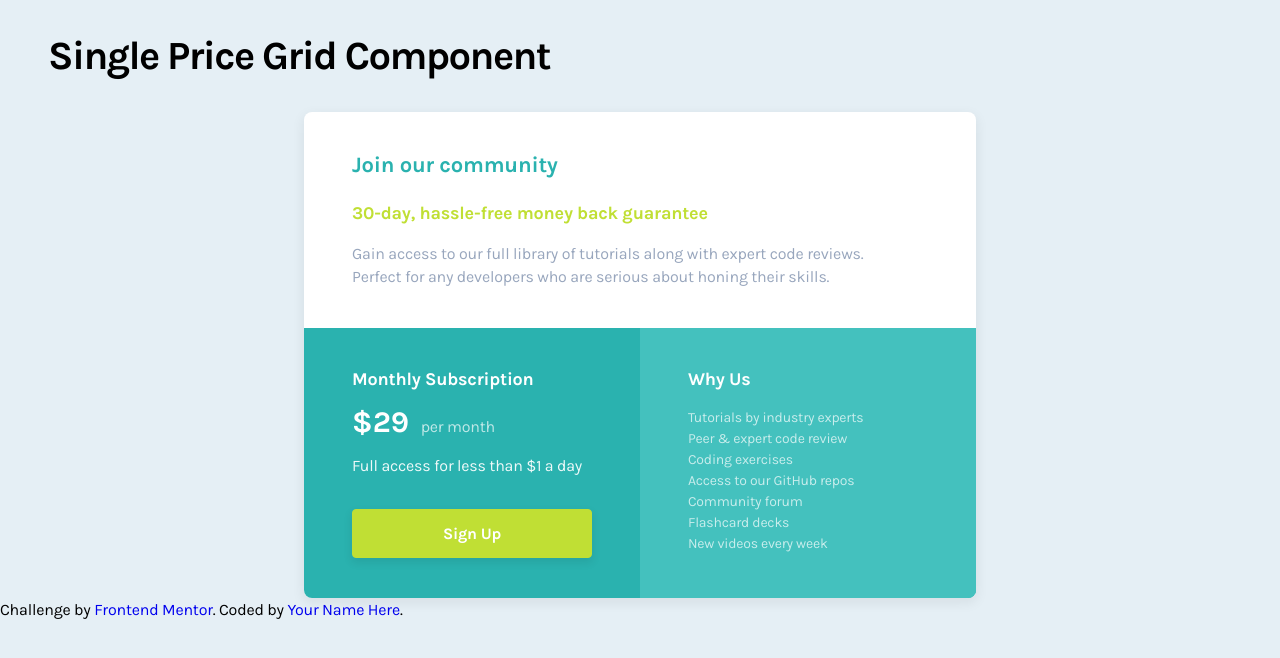
Repository: bangjuyoung/bangjuyoung
Page: practice/frontend-mentor/single-price-grid-component/index.html
These files come from the project's save history. The page is drawn as it stood at one moment and after a run of saves; the edit follows.
The browser window is 1280 px wide. The pictures show the whole page.

Above is the page before, as saved 2019-06-16 16:05:37.

### practice/frontend-mentor/single-price-grid-component/index.html
<!DOCTYPE html>
<html lang="en">

<head>
  <meta charset="UTF-8">
  <meta name="viewport" content="width=device-width, initial-scale=1.0">
  <title>Frontend Mentor | Single Price Grid Component</title>
  <link rel="icon" type="image/png" sizes="32x32" href="./images/favicon-32x32.png">
  <link rel="stylesheet" href="../../../assets/css/base.css">
  <link href="https://fonts.googleapis.com/css?family=Karla:400,700&display=swap" rel="stylesheet">
  <link rel="stylesheet" href="./default.css">
</head>

<body class="bg-gray--pale">
  <main role="main" class="">


    <article class="single-price">
      <div class="single-price__header">
        <h1 class="text-display2">Single Price Grid Component</h1>
      </div>
      <div class="bg-white single-price__wrapper">
        <div class="text-primary--gray single-price__primary">
          <section class="single-price__body">
            <h2 class="text-primary text-title">Join our community</h2>
            <h3 class="text-secondary text-subtitle">30-day, hassle-free money back guarantee</h3>
            <p>Gain access to our full library of tutorials along with expert code reviews.</p>
            <p>Perfect for any developers who are serious about honing their skills.</p>
          </section>
        </div>

        <div class="theme-primary single-price__secondary">
          <section class="single-price__body single-price__cta">
            <h3 class="text-white text-subtitle">Monthly Subscription</h3>
            <div class="single-price__divider">
              <p class="text-light single-price__text">
                <strong class="text-white text-display1">&dollar;29</strong> per month
              </p>
              <p class="single-price__text">Full access for less than &dollar;1 a day</p>
            </div>
            <a href="/" class="btn btn-secondary btn-block btn--float">Sign Up</a>
          </section>

          <section class="theme-primary--light text-body2 single-price__body single-price__feature">
            <h4 class="text-white text-subtitle">Why Us</h4>
            <p>
              Tutorials by industry experts<span class="newline"></span>
              Peer &amp; expert code review<span class="newline"></span>
              Coding exercises<span class="newline"></span>
              Access to our GitHub repos<span class="newline"></span>
              Community forum<span class="newline"></span>
              Flashcard decks<span class="newline"></span>
              New videos every week
            </p>
          </section>
        </div>
      </div>
    </article>
  </main>


  <footer role="contentinfo">
    <p class="attribution">
      Challenge by <a href="https://www.frontendmentor.io?ref=challenge" target="_blank" rel="noopener">Frontend
        Mentor</a>.
      Coded by <a href="#">Your Name Here</a>.
    </p>
  </footer>
</body>

</html>

### assets/css/base.css
@charset "UTF-8";

/*
// Base
//
// Normalization of HTML elements, manually forked from Normalize.css to remove
// styles targeting irrelevant browsers while applying new styles.
//
// Normalize is licensed MIT. https://github.com/necolas/normalize.css
*/

/*
 * Document
 */

*,
*::before,
*::after {
  /* padding 과 border 가 요소 너비에 포함되도록 설정 */
  box-sizing: border-box;
}

html {
  /* 모든 브라우저에 기본 폰트 및 line-height 설정 */
  font-family: sans-serif;
  line-height: 1.15;
  /* window 폰의 IE 나 iOS 에서 방향 변경시 폰트 사이즈 수정되는 현상 막음 */
  -webkit-text-size-adjust: 100%;
  /* @viewport 설정시 IE11 과 Edge 에서 스크롤바가 컨텐트에 겹치므로 겹치지 않고 자동 숨김 되지 않도록 강제 */
  -ms-overflow-style: scrollbar;
  /* iOS 에서 완전히 투명으로 보이기 위해 기본 탭 하이라이트 변경 */
  -webkit-tap-highlight-color: rgba(0, 0, 0, 0);
}

/* IE10 이하 및 오래된 브라우저에서 새 HTML5 요소들 맞게 표시 */
article,
aside,
figcaption,
figure,
footer,
header,
hgroup,
main,
nav,
section {
  display: block;
}

/* 여백 초기화 */
body,
h1,
h2,
h3,
h4,
h5,
h6,
p,
ol,
ul,
dl,
blockquote,
pre,
figure,
input,
button,
select,
optgroup,
textarea,
fieldset {
  margin: 0;
}

/*
 * Body
 */

/*
  -apple-system, // Safari for OS X and iOS (San Francisco)
  BlinkMacSystemFont, // Chrome < 56 for OS X (San Francisco)
  "Segoe UI", // Windows
  "Roboto", // Android
  "Helvetica Neue", Arial, sans-serif, // Basic web fallback
  "Apple Color Emoji", "Segoe UI Emoji", "Segoe UI Symbol" !default; // Emoji fonts
 */

body {
  font-family: -apple-system, BlinkMacSystemFont, 'Segoe UI', Roboto,
    'Helvetica Neue', Arial, Noto Sans, sans-serif, 'Apple Color Emoji',
    'Segoe UI Emoji', 'Segoe UI Symbol', 'Noto Color Emoji';
  font-size: 1rem;
  font-weight: 400;
  line-height: 1.5;
  /* 명시적으로 기본값을 지정해 하위 요소들이 상속 받을 수 있게 함 */
  text-align: left;
  /* 기본 배경색 지정 */
  background-color: #fff;
}

body,
input,
textarea,
select,
button {
  font-synthesis: none;
  -moz-font-feature-settings: 'kern';
  -webkit-font-smoothing: antialiased;
  -moz-osx-font-smoothing: grayscale;
}

/*
 * Future-proof rule: in browsers that support :focus-visible,
 * focus outline 을 표시하지 않는 요소에 프로그램적으로 포커스가 갔을때 focus outline 숨김
 *
 * See https://developer.mozilla.org/en-US/docs/Web/CSS/:focus-visible
 * and https://developer.paciellogroup.com/blog/2018/03/focus-visible-and-backwards-compatibility/
 */
[tabindex='-1']:focus:not(:focus-visible) {
  outline: 0 !important;
}

/*
 * Content grouping
 *
 */

hr {
  box-sizing: content-box;
  height: 0;
  /* Edge와 ie에서 overflow 표시 */
  overflow: visible;
}

/*
 * Typography
 */

h1,
h2,
h3,
h4,
h5,
h6 {
  font-size: inherit;
  font-weight: inherit;
}

/*
 * Abbreviations
 */

abbr[title] {
  /* Chrome, Edge, IE, Opera, 그리고 Safari 에서 테스트 표시줄 스타일 정정 */
  text-decoration: underline;
  text-decoration: underline dotted;
  /* 바뀐 행위를 나타내기 위해 명시적으로 커서를 추가 */
  cursor: help;
  /* Firefox 39이하에서 나타나는 테스트 하단 테투리 제거 */
  border-bottom: 0;
  /* 텍스트 표시줄이 건너뛰지 않도록 설정 */
  text-decoration-skip-ink: none;
}

address {
  font-style: normal;
  line-height: inherit;
}

b,
strong {
  /* Chrome, Edge, 그리고 Safari 에서 올바른 글자 굵기 정정 */
  font-weight: bolder;
}

small {
  /* 모든 브라우저에서 글자 크기 정정 */
  font-size: 85%;
}

/*
 * 모든 브라우저에서 sub 과 sup 요소들이 즐 간격 영향 받지 않도록 설정
 */

sub,
sup {
  position: relative;
  font-size: 75%;
  line-height: 0;
  vertical-align: baseline;
}

sub {
  bottom: -0.25em;
}

sup {
  top: -0.5em;
}

/*
 * Links
 */

a {
  text-decoration: none;
  /* IE 10 에서 현재 열려 있는 링크에 나타나는 회색배경색을 제거 */
  background-color: transparent;
}

a:hover {
  text-decoration: underline;
}

/*
 * tablindex 없이는 명시적으로 키보드 포커스가 가능하지 않도록 href 속성이 없는 플레이스 홀더 링크/네임 앵커에 대한 스타일 재지정
 * 단순히 a[href] 로 스타일 지정이 간단할 수 있지만, 많은 다른 스타일내에서 고치기엔 복잡한 특정 이슈 유발 가능성 존재
 * See https://github.com/twbs/bootstrap/issues/19402
 */

a:not([href]):not([tabindex]) {
  color: inherit;
  text-decoration: none;
}

a:not([href]):not([tabindex]):hover,
a:not([href]):not([tabindex]):focus {
  color: inherit;
  text-decoration: none;
}

a:not([href]):not([tabindex]):focus {
  outline: 0;
}

/*
 * Code
 */

pre,
code,
kbd,
samp {
  font-family: SFMono-Regular, Menlo, Monaco, Consolas, 'Liberation Mono',
    'Courier New', monospace;
  /* 모든 브라우저에서 이상한 em 글자 크기 정정 */
  font-size: 1em;
}

pre {
  /* 바깥 영역을 깨지 않도록 내용 영역 오버플로우 설정 */
  overflow: auto;
  /* IE11 와 Edge 에서 @viewport 설정시 스크롤바가 내용을 덮는 현상에서 내용 덮지 않고 자동으로 숨겨지지 않도록 재지정  */
  -ms-overflow-style: scrollbar;
}

/*
 * Images and content
 */

img {
  vertical-align: middle;
  /* IE10 이하에서 링크 내 이미지 요소들에 테두리 제거 */
  border-style: none;
}

svg {
  /*
     * IE10/11 에서 오버플로우 되는 버그로 인해 필요
     * See https://github.com/twbs/bootstrap/issues/26878
     */
  overflow: hidden;
  vertical-align: middle;
}

/*
 * Tables
 */

table {
  /* Prevent double borders 테두리들이 맞 닿았을 때 합쳐지도록 설정 */
  border-collapse: collapse;
}

/* body 요소나 가장 가까운 부모로 부터 지정된 텍스트 정렬 요소를 상속해 td 요소 정렬과 일치 */
caption,
th {
  text-align: inherit;
}

/*
 * Forms
 */

/*
 * macOS Chrome 에서 추가되는 기본 border-radius  제거
 * Details at https://github.com/twbs/bootstrap/issues/24093
 */
button {
  border-radius: 0;
}

/* Firefox/IE 에서 button 배경색이 투명일 때 기본 button 포커스 스타일이 손실되는 버그 피함
 * Credit: https://github.com/suitcss/base/
 */
button:focus {
  outline: 1px dotted;
  outline: 5px auto -webkit-focus-ring-color;
}

input,
button,
select,
optgroup,
textarea {
  font-family: inherit;
  font-size: inherit;
  line-height: inherit;
}

button,
input {
  /* Edge 에서 overflow 보임  */
  overflow: visible;
}

button,
select {
  /* Firefox 에서 텍스트 변형 상속되는 것을 제거 */
  text-transform: none;
}

/* 1. Android 4 에서 기본 audio 와 video 컨트롤이 제거되는 WebKit 버그 제거 */
button,
[type="button"],
/* 1 */
[type="reset"],
[type="submit"] {
  /* iOS 와 Safari 에서 클릭 가능한 타입으로 스타일 정정  */
  -webkit-appearance: button;
}

/* Firefox 에서 안쪽 테두리와 여백 제거하고 Normalize 처럼 outline 을 복원하지 않음 */
button::-moz-focus-inner,
[type='button']::-moz-focus-inner,
[type='reset']::-moz-focus-inner,
[type='submit']::-moz-focus-inner {
  padding: 0;
  border-style: none;
}

/* IE 10 이하에서 box sizing 정정 추가 및 padding 제거 */
input[type='radio'],
input[type='checkbox'] {
  box-sizing: border-box;
  padding: 0;
}

input[type='date'],
input[type='time'],
input[type='datetime-local'],
input[type='month'] {
  /* Mobile Safari 에서 line-height 설정시 텍스트가 input 내 수직 중양 정렬되지 않는 버그를 피하기 위해 시간 input 기본 모양 제거
    // See https://bugs.webkit.org/show_bug.cgi?id=139848
    // and https://github.com/twbs/bootstrap/issues/11266
    */
  -webkit-appearance: listbox;
}

textarea {
  /* IE 에서 기본 수직 스크롤바 제거 */
  overflow: auto;
  /* textarea 는 수직으로만 리사이즈 되도록 설정 */
  resize: vertical;
}

fieldset {
  /*
     * fieldsets 은 min-width이 min-content 로 일반 블록 요소처럼 min-width 재지정
     * See https://github.com/twbs/bootstrap/issues/12359
     * and https://html.spec.whatwg.org/multipage/#the-fieldset-and-legend-elements
     * 페이지 레이아웃에 영향을 주지 않도록 기본 스타일 리셋
     */
  min-width: 0;
  padding: 0;
  border: 0;
}

/* 1. Edge 와 IE 에서 텍스트 래핑 정정 */
legend {
  display: block;
  width: 100%;
  /* 1 */
  max-width: 100%;
  margin-bottom: 0.5rem;
  padding: 0;
  font-size: 1.5rem;
  /* IE 에서 fieldset 요소로 부터 색상 상속하도록 정정 */
  color: inherit;
  line-height: inherit;
  /* 1 */
  white-space: normal;
}

progress {
  /* Chrome, Firefox, Opera 에서 vertical alignment 스타일 추가 */
  vertical-align: baseline;
}

[type='number']::-webkit-inner-spin-button,
[type='number']::-webkit-outer-spin-button {
  /* Chrome 에서 증감 버튼 커서 스타일 정정 */
  height: auto;
}

[type='search'] {
  /*
     * iOS 에서 검색 input 의 추가적인 둥근 코너를 오버라이드하여
     * 기본 form-control 클래스 스타일이 적절히 스타일 적용될 수 있도록 함
     * https://github.com/twbs/bootstrap/issues/11586.
     * Safari 에서 outline 스타일 정정
     */
  outline-offset: -2px;
  -webkit-appearance: none;
}

/*
 * macOS 에서 Chrome 과 Safari 에서 안쪽 여백 제거
 */

[type='search']::-webkit-search-decoration {
  -webkit-appearance: none;
}

::-webkit-file-upload-button {
  font: inherit;
  /* iOS 와 Safari 에서 클릭가능한 타입으로 정정 */
  -webkit-appearance: button;
}

/*
* 요소 디스플레이 정정
*/

output {
  display: inline-block;
}

summary {
  /* 모든 브라우저에서 적절한 디스플레이 속성 추가 */
  display: list-item;
  cursor: pointer;
}

template {
  /* IE에서 필요 */
  display: none;
}

[hidden] {
  /* hidden 속성을 가진 HTML 요소는 항상 숨김 (from PureCSS), IE 10 이하에서 필요 */
  display: none !important;
}

### practice/frontend-mentor/single-price-grid-component/default.css
@charset "UTF-8";

html {
    font-size: 15px;
}

body {
    font-family: 'Karla', sans-serif;
    letter-spacing: -0.013em;
    line-height: 1.44;
}

@media (min-width: 48rem) {
    html {
        font-size: 16px;
    }
}

.btn {
    display: inline-block;
    padding: 0.75rem 1.25rem;
    font-weight: 700;
    text-align: center;
    border: 1px solid transparent;
    border-radius: 0.25rem;
}

.btn:hover {
    text-decoration: none;
    transition: color 0.3s ease-out, background-color 0.3s ease-out, box-shadow 0.3s ease-out;
}

.btn-block {
    width: 100%;
}

.btn--float {
    box-shadow: 0 4px 8px 1px rgba(0, 0, 0, 0.08);
}

.btn--float:hover {
    box-shadow: 0 0 0 0 rgba(0, 0, 0, 0.08);
}

.newline {
    display: block;
}

.text-center {
    text-align: center;
}


/*
 * typo
 */

.text-display1 {
    font-size: 1.875rem;
    font-weight: 700;
    letter-spacing: 0;
    line-height: 1;
}

.text-display2 {
    font-size: 2.5rem;
    font-weight: 700;
    letter-spacing: -0.04em;
    line-height: 1.2;
}

.text-title {
    margin-bottom: 1.5rem;
    font-size: 1.375rem;
    font-weight: 700;
    line-height: 1.2;
}

.text-subtitle {
    margin-bottom: 1rem;
    font-size: 1.125rem;
    font-weight: 700;
    line-height: 1.3;
}

.text-body2 {
    font-size: 0.875rem;
    line-height: 1.5;
}


/*
 * single-price
 */
.single-price__wrapper {
    overflow: hidden;
    max-width: 24rem;
    margin-left: auto;
    margin-right: auto;
    border-radius: 0.5rem;
    box-shadow: 0 4px 12px 2px rgba(0, 0, 0, 0.06);
}

.single-price__divider {
    margin-bottom: 2rem;
}

.single-price__text+.single-price__text {
    margin-top: 1rem;
}

.single-price__header {
    padding: 2rem 3rem;
}

.single-price__body {
    padding: 2.5rem 3rem;
}

@media (min-width: 44rem) {
    .single-price__wrapper {
        max-width: 42rem;
    }

    .single-price__secondary {
        position: relative;
    }

    .single-price__secondary::before {
        content: '';
        z-index: 0;
        position: absolute;
        top: 0;
        right: 0;
        bottom: 0;
        left: 50%;
        background-color: hsl(179, 50%, 51%);
    }

    .single-price__secondary::after {
        content: '';
        display: block;
        clear: both;
    }

    .single-price__secondary .single-price__body {
        z-index: 1;
        position: relative;
        float: left;
        width: 50%;
    }
}


/*
 * specific
 */

.single-price__cta .text-display1 {
    margin-right: 0.5rem;
}

.single-price__feature .newline {
    display: none;
}

@media (min-width: 44rem) {
    .single-price__feature .newline {
        display: block;
    }
}


/*
 * theme
 */

.btn-secondary {
    color: #fff;
    background-color: hsl(71, 73%, 54%);
    border-color: hsl(71, 73%, 54%);
}

.theme-primary {
    color: rgba(255, 255, 255, 0.92);
    background-color: hsl(179, 62%, 43%);
}

.theme-primary--light {
    color: rgba(255, 255, 255, 0.7);
    background-color: hsl(179, 50%, 51%);
}

.bg-gray--pale {
    background-color: hsl(204, 43%, 93%);
}

.bg-white {
    background-color: #fff;
}

.text-primary {
    color: hsl(179, 62%, 43%);
}

.text-primary--gray {
    color: hsl(218, 22%, 67%);
}

.text-secondary {
    color: hsl(71, 73%, 54%);
}

.text-gray--pale {
    color: hsl(204, 43%, 93%);
}

.text-white {
    color: #fff;
}

.text-light {
    color: rgba(255, 255, 255, 0.7);
}

After the next 3 saves:
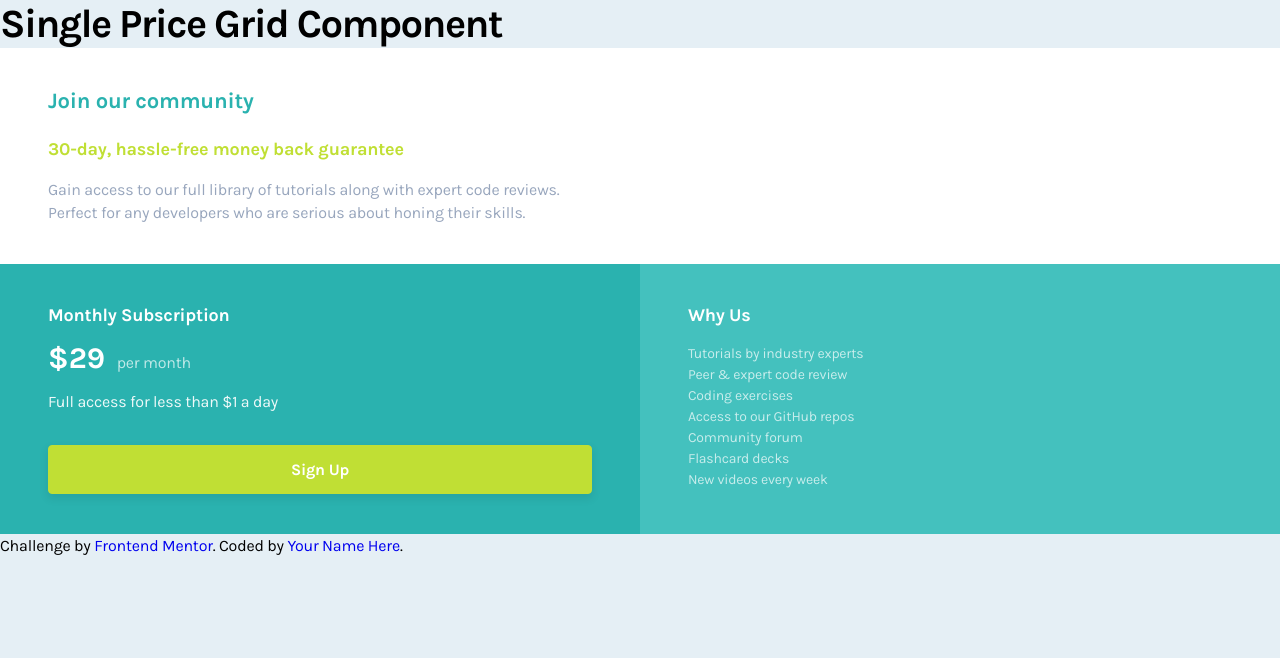
The 3 saves are shown as one change because they came seconds apart.
The last was saved 51 s later.
--- a/practice/frontend-mentor/single-price-grid-component/index.html
+++ b/practice/frontend-mentor/single-price-grid-component/index.html
@@ -15,11 +15,11 @@
   <main role="main" class="">
 
 
-    <article class="single-price">
-      <div class="single-price__header">
+    <article class="">
+      <div class="">
         <h1 class="text-display2">Single Price Grid Component</h1>
       </div>
-      <div class="bg-white single-price__wrapper">
+      <div class="bg-white single-price">
         <div class="text-primary--gray single-price__primary">
           <section class="single-price__body">
             <h2 class="text-primary text-title">Join our community</h2>
@@ -28,7 +28,6 @@
             <p>Perfect for any developers who are serious about honing their skills.</p>
           </section>
         </div>
-
         <div class="theme-primary single-price__secondary">
           <section class="single-price__body single-price__cta">
             <h3 class="text-white text-subtitle">Monthly Subscription</h3>
